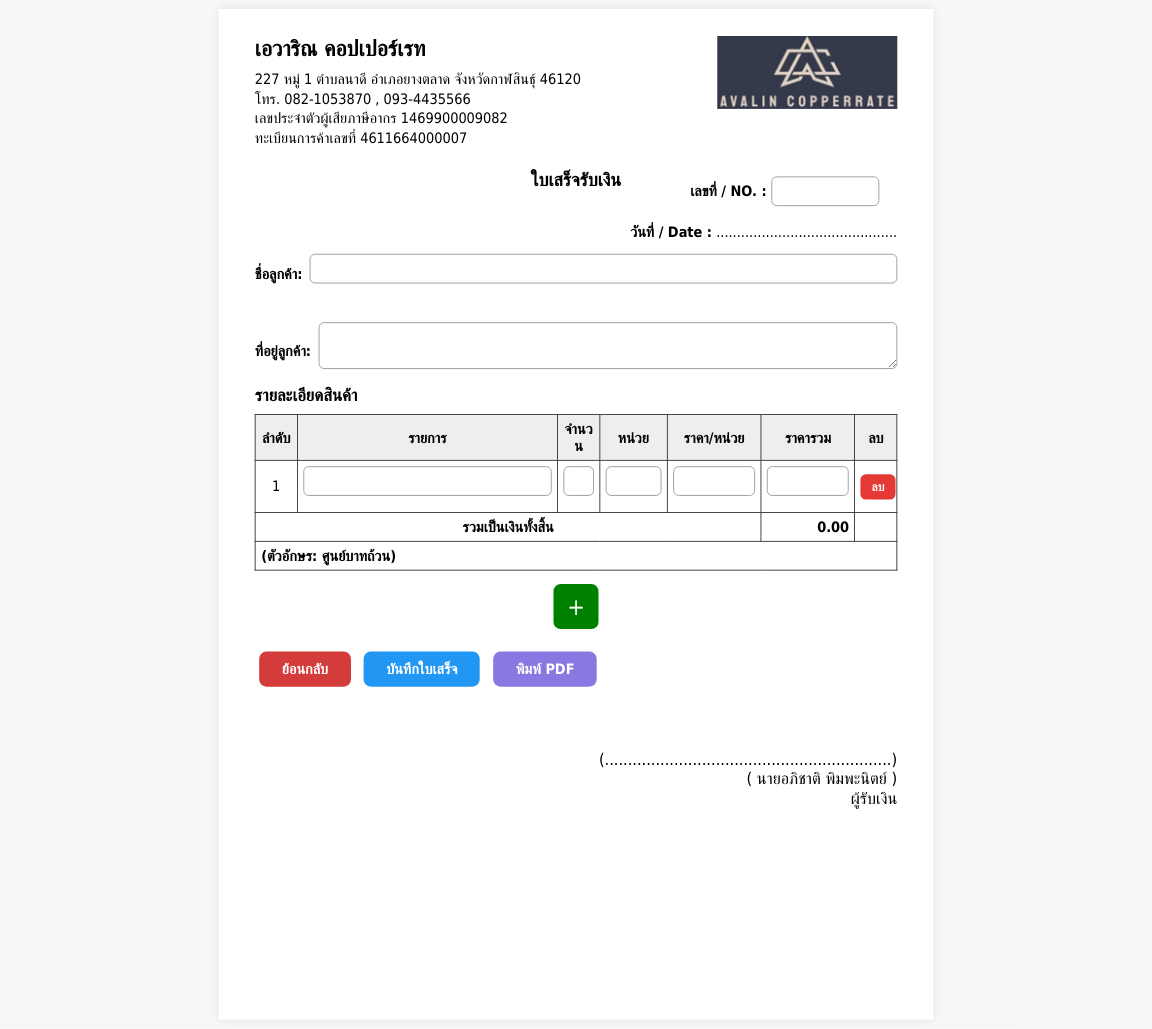
Repository: Hermesmercury88/shop_it
Page: quotation.html
The author's editor kept a copy of each file at every save. The page is drawn from the files as they stood at one save, then again after the next save.
The browser window is 1280 px wide. The pictures show the whole page, at 90% of full size.
Some web fonts or font styles are not loaded; a fallback is used.

Above is the page before, as saved 2025-09-21 10:45:28.

After the next save:
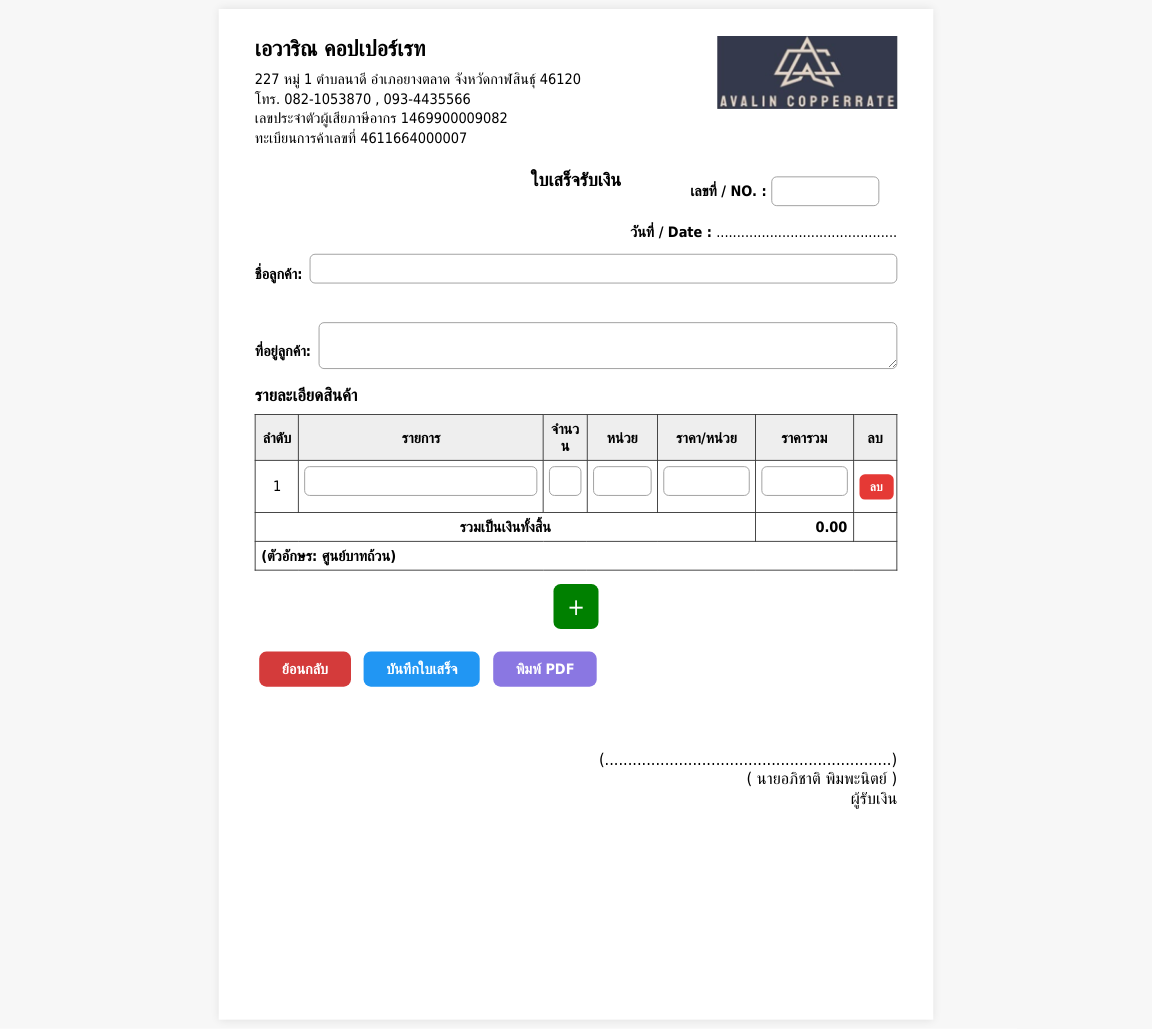
Saved 9 s later.
--- a/css/quotation.css
+++ b/css/quotation.css
@@ -169,7 +169,7 @@ table th {
 
 /* กำหนดสัดส่วนคอลัมน์ */
 table th:nth-child(1), table td:nth-child(1) { width: 8%; }   /* ลำดับ */
-table th:nth-child(2), table td:nth-child(2) { width: 50%; }  /* รายการ (กว้างสุด) */
+table th:nth-child(2), table td:nth-child(2) { width: 45%; }  /* รายการ (กว้างสุด) */
 table th:nth-child(3), table td:nth-child(3) { width: 8%; }  /* จำนวน */
 table th:nth-child(4), table td:nth-child(4) { width: 13%; }  /* หน่วย */
 table th:nth-child(5), table td:nth-child(5) { width: 18%; }  /* ราคา/หน่วย */
